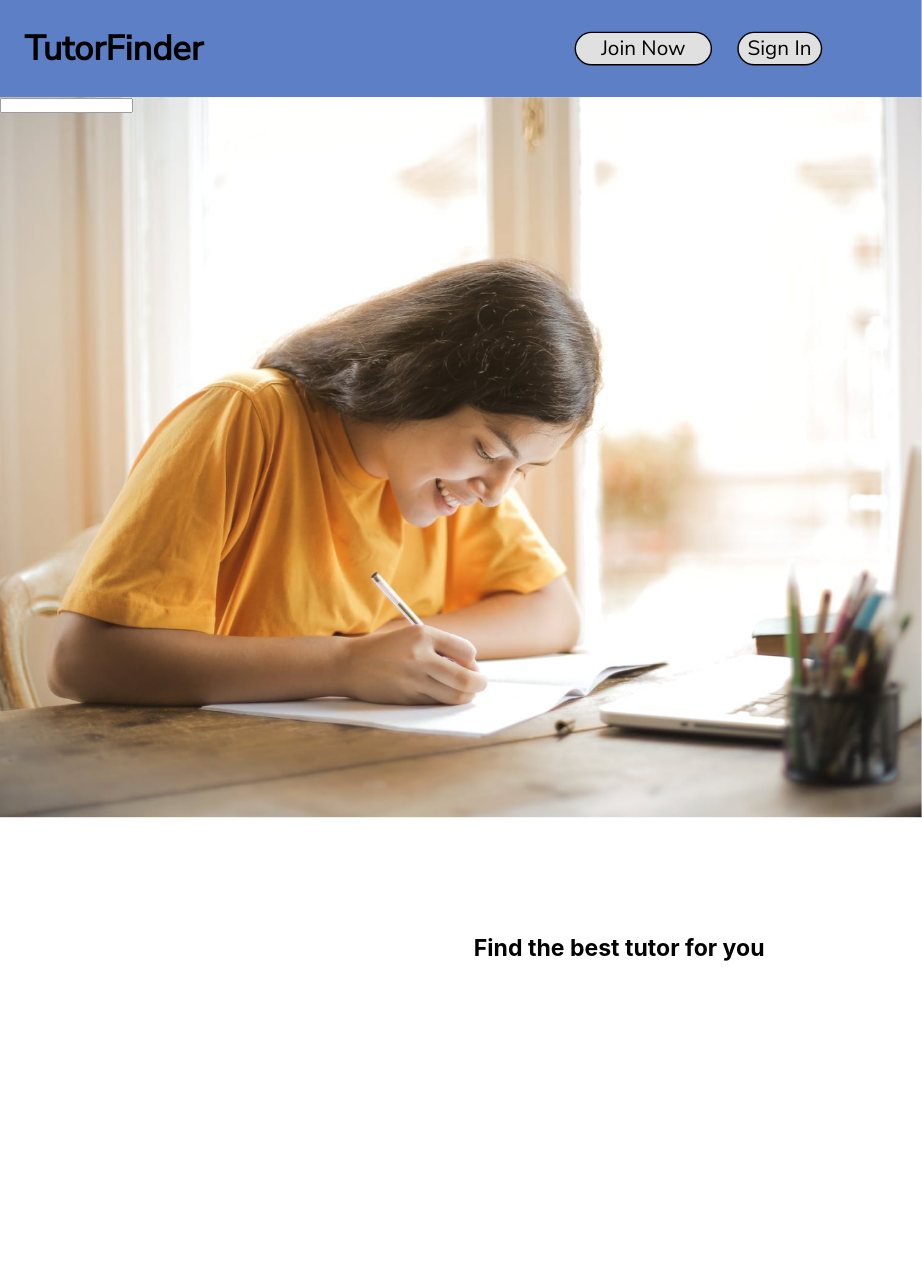
Repository: uprm-inso-4117-2020-2021-s2/semester-project-uprm-inso-4117-2020-2021-s2-team-7
Page: / (app in tutorfinder/)
An editor plug-in stored every save of this project. The page is shown before and after the next save, followed by the edit.
The browser window is 1280 px wide. The pictures show the whole page, at 72% of full size.
The project was rebuilt for these pictures with package versions that can differ from the ones it lists, and the page was loaded fresh each time. Also part of the build but not shown: tutorfinder/src/App.css.

Above is the page before, as saved 2021-03-29 23:26:42.

After the next save:
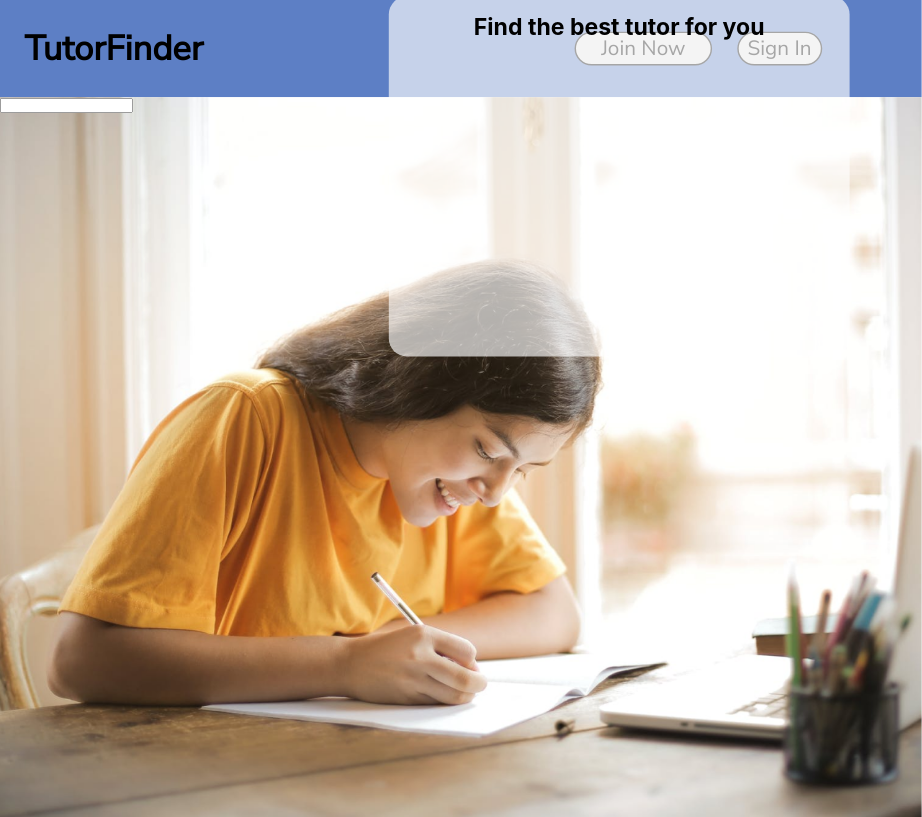
Saved 9 s later.
--- a/tutorfinder/src/Welcome.css
+++ b/tutorfinder/src/Welcome.css
@@ -18,5 +18,5 @@ left:50%;
 width :50%;
 height:50%;
 margin-left:-100px;
-margin-top:50%;
+margin-top:-50%;
 }
